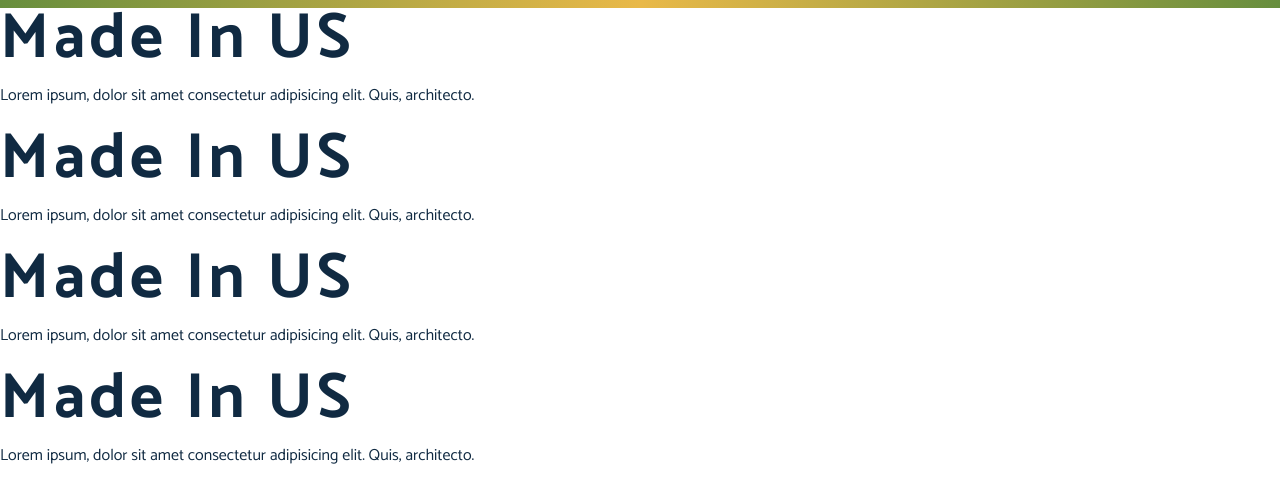
Repository: waniArif/tea-project
Page: index.html
The author's editor kept a copy of each file at every save. The page is drawn from the files as they stood at one save, then again after the next save.
The browser window is 1280 px wide. The pictures show the part of the page from y = 720 to 1208 px (the page is 1208 px tall).
Some icons come from a web library that is not loaded, so they are not drawn. Backgrounds fixed to the window are drawn as part of the page. Some web fonts or font styles are not loaded; a fallback is used.

Above is the page before, as saved 2021-07-04 15:05:03.
Console error: TypeError: Cannot read properties of null (reading 'addEventListener')

### index.html
<!DOCTYPE html>
<html lang="en">
  <head>
    <meta charset="UTF-8" />
    <meta name="viewport" content="width=device-width, initial-scale=1.0" />
    <meta http-equiv="X-UA-Compatible" content="ie=edge" />
    <title>Tea Station || Home</title>
    <!-- font-awesome -->
    <link
      rel="stylesheet"
      href="./fontawesome-free-5.12.1-web/css/all.min.css"
    />
    <!-- custom css -->
    <link rel="stylesheet" href="./css/styles.css" />
  </head>
  <body>
    <!-- navbar here -->
    <!-- header here -->

    <header class="header">
      <div class="banner">
        <h2>Over one hundred flavours</h2>
        <h1>
          Wani's<br />
          Crafted tea
        </h1>
        <a href="skills.html" class="btn banner-btn">explore</a>
      </div>
    </header>
    <!-- header ends here -->
    <div class="content-divider"></div>
    <!-- skills section -->

    <section class="skills clearfix">
      <!-- single skill -->
      <article class="skill">
        <span class="skill-icon">
          <i class="fas fa-mug-hot"></i>
        </span>
        <h4 class="skill-title">made in US</h4>
        <p class="skill-text">
          Lorem ipsum, dolor sit amet consectetur adipisicing elit. Quis,
          architecto.
        </p>
      </article>
      <!-- end of a single skill -->
      <!-- single skill -->
      <article class="skill">
        <span class="skill-icon">
          <i class="fas fa-mug-hot"></i>
        </span>
        <h4 class="skill-title">made in US</h4>
        <p class="skill-text">
          Lorem ipsum, dolor sit amet consectetur adipisicing elit. Quis,
          architecto.
        </p>
      </article>
      <!-- end of a single skill -->
      <!-- single skill -->
      <article class="skill">
        <span class="skill-icon">
          <i class="fas fa-mug-hot"></i>
        </span>
        <h4 class="skill-title">made in US</h4>
        <p class="skill-text">
          Lorem ipsum, dolor sit amet consectetur adipisicing elit. Quis,
          architecto.
        </p>
      </article>
      <!-- end of a single skill -->
      <!-- single skill -->
      <article class="skill">
        <span class="skill-icon">
          <i class="fas fa-mug-hot"></i>
        </span>
        <h4 class="skill-title">made in US</h4>
        <p class="skill-text">
          Lorem ipsum, dolor sit amet consectetur adipisicing elit. Quis,
          architecto.
        </p>
      </article>
      <!-- end of a single skill -->
    </section>
    <!--  end of skills section -->

    <script src="app.js"></script>
  </body>
</html>

### css/styles.css
/*
===================
Fonts
===================
*/

@import url("https://fonts.googleapis.com/css?family=Catamaran:400,700|Grand+Hotel");

/*
===================
Variables
===================
*/

:root {
  --clr-primary: #678e3e;
  --clr-primarylight: #beed8c;
  --clr-grey-1: #102a42;
  --clr-grey-5: #617d98;
  --clr-grey-10: #f1f5f8;
  --clr-white: #fff;
  --ff-primary: "Catamaran", sans-serif;
  --ff-secondary: "Grand Hotel", cursive;
  --transition: all 0.3 linear;
  --spacing: 0.25rem;
  --radius: 0.5rem;
}

* {
  margin: 0;
  padding: 0;
  box-sizing: border-box;
}

body {
  font-family: var(--ff-primary);
  background: var(--clr-white);
  color: var(--clr-grey-1);
  line-height: 1.5rem;
  font-size: 0.875rem;
}

a {
  text-decoration: none;
}

img {
  width: 100%;
  display: block;
}

h1,
h2,
h3,
h4 {
  letter-spacing: var(--spacing);
  text-transform: capitalize;
  line-height: 1.25;
  margin-bottom: 0.75rem;
}

h1 {
  font-size: 3rem;
}

h2 {
  font-size: 2rem;
}

h3 {
  font-size: 1.5rem;
}

h4 {
  font-size: 0.875rem;
}

p {
  margin-bottom: 1.25rem;
}

@media screen and (min-width: 800px) {
  h1 {
    font-size: 4rem;
  }
  h2 {
    font-size: 2.5rem;
  }
  h3 {
    font-size: 2rem;
  }
  h4 {
    font-size: 4rem;
  }
  body {
    font-size: 1rem;
  }
  h1,
  h2,
  h3,
  h4 {
    line-height: 1;
  }
}

/* more global css */

.btn {
  text-transform: uppercase;
  background: var(--clr-primary);
  color: var(--clr-white);
  padding: 0.75rem 1rem;
  letter-spacing: var(--spacing);
  display: inline-block;
  font-weight: 700;
  transition: var(--transition);
  font-size: 1rem;
  border: none;
  cursor: pointer;
  box-shadow: 0 1px 3px rgba(0, 0, 0, 0.2);
}
.btn:hover {
  color: var(--clr-primary);
  background: var(--clr-primarylight);
}

/*
===================
Header
===================
*/

.header {
  min-height: 100vh;
  background: linear-gradient(rgba(0, 0, 0, 0.6), rgba(0, 0, 0, 0.6)),
    url("../images/main-bcg.jpeg") center/cover no-repeat fixed;

  position: relative;
  /* animation */
  overflow-x: hidden;
}

.banner {
  text-align: center;
  position: absolute;
  top: 50%;
  left: 50%;
  transform: translate(-50%, -50%);
}
.banner h2 {
  font-family: var(--ff-secondary);
  color: var(--clr-primary);
  /* animation */
}
.banner h1 {
  text-transform: uppercase;
  color: var(--clr-white);
  margin-top: 1.25rem;
  margin-bottom: 2rem;
  /* animation */
}
.banner-btn {
  outline: 0.125rem solid var(--clr-primary);
  outline-offset: 0.25rem;
  font-size: 1.25rem;
  padding: 1rem 1.75rem;
}

/* content-divider */

.content-divider {
  height: 0.5rem;
  background: linear-gradient(
    to left,
    var(--clr-primary),
    #e9b949,
    var(--clr-primary)
  );
}

Loaded but not shown: app.js (common file)

After the next save:
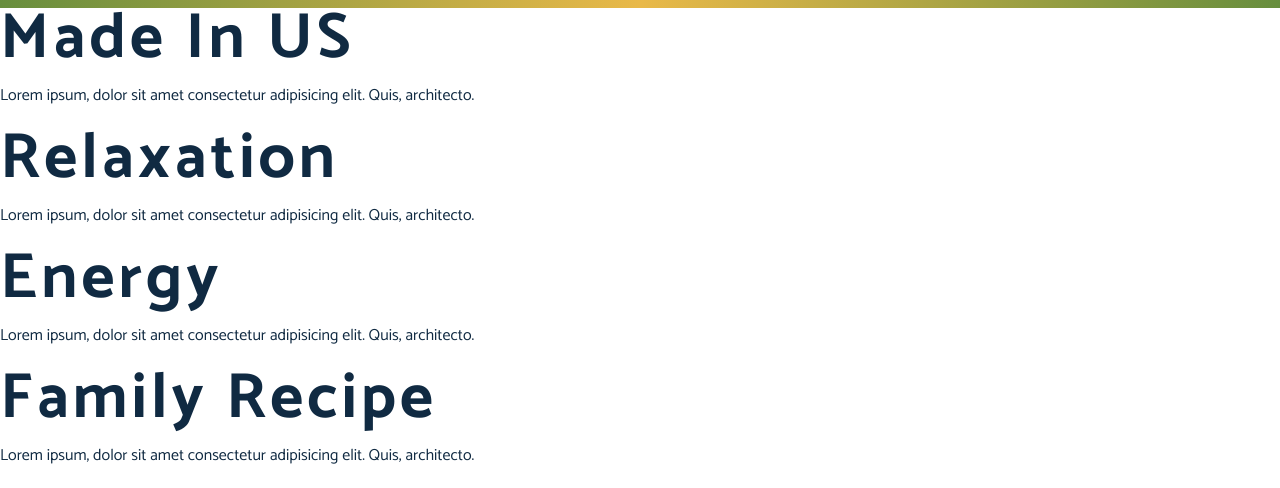
Saved 2 min 14 s later.
--- a/index.html
+++ b/index.html
@@ -47,9 +47,9 @@
       <!-- single skill -->
       <article class="skill">
         <span class="skill-icon">
-          <i class="fas fa-mug-hot"></i>
+          <i class="fas fa-glass-cheers"></i>
         </span>
-        <h4 class="skill-title">made in US</h4>
+        <h4 class="skill-title">relaxation</h4>
         <p class="skill-text">
           Lorem ipsum, dolor sit amet consectetur adipisicing elit. Quis,
           architecto.
@@ -59,9 +59,9 @@
       <!-- single skill -->
       <article class="skill">
         <span class="skill-icon">
-          <i class="fas fa-mug-hot"></i>
+          <i class="fas fa-bomb"></i>
         </span>
-        <h4 class="skill-title">made in US</h4>
+        <h4 class="skill-title">Energy</h4>
         <p class="skill-text">
           Lorem ipsum, dolor sit amet consectetur adipisicing elit. Quis,
           architecto.
@@ -71,9 +71,9 @@
       <!-- single skill -->
       <article class="skill">
         <span class="skill-icon">
-          <i class="fas fa-mug-hot"></i>
+          <i class="fas fa-"></i>
         </span>
-        <h4 class="skill-title">made in US</h4>
+        <h4 class="skill-title">family recipe</h4>
         <p class="skill-text">
           Lorem ipsum, dolor sit amet consectetur adipisicing elit. Quis,
           architecto.
